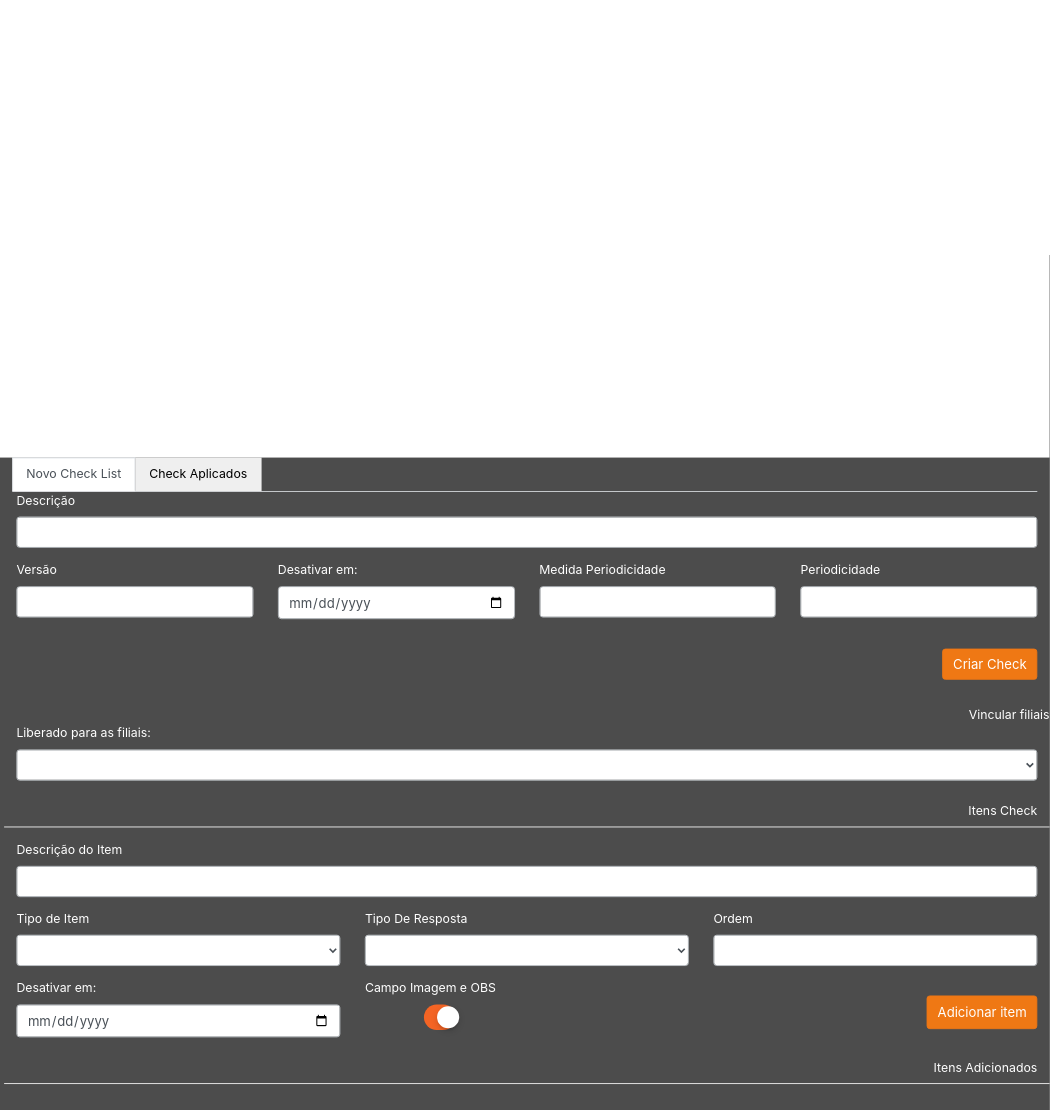
Repository: Conlog-SA/portal_operacional
Page: apps/safety_layout_checklist_app/templates/safety_layout_checklist_app/form_cad_layout_checklist.html
These files come from the project's save history. The page is drawn as it stood at one moment and after the next save; the edit follows.
The browser window is 1280 px wide. The pictures show the whole page, at 82% of full size.
The template is drawn by Django 3.2. The application's start-up code is not run. The template is opened directly, without the code that normally fills it, so the values that code supplies are empty.

Above is the page before, as saved 2023-11-17 08:59:59.

After the next save:
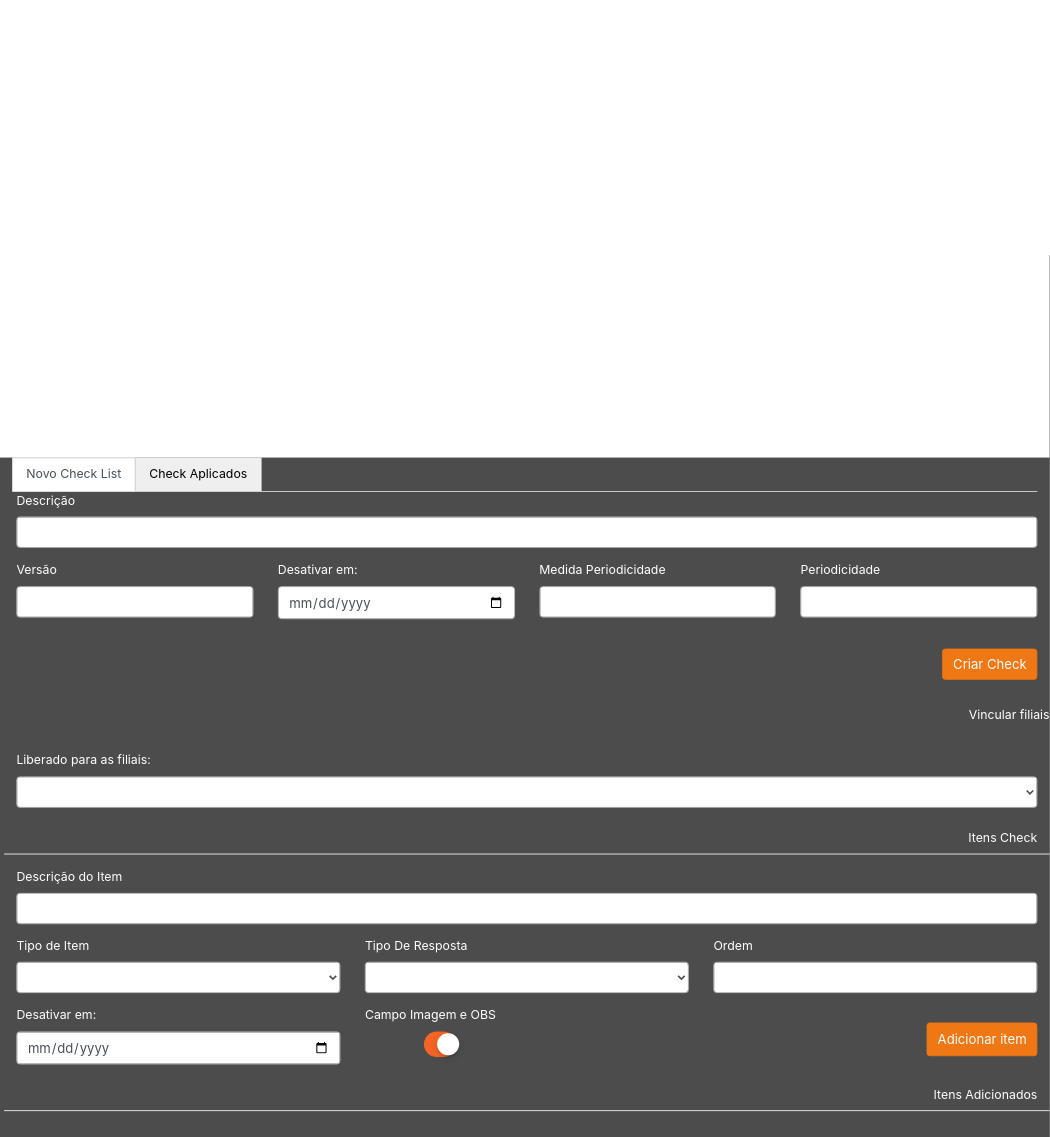
Saved 85 s later.
--- a/apps/safety_layout_checklist_app/templates/safety_layout_checklist_app/form_cad_layout_checklist.html
+++ b/apps/safety_layout_checklist_app/templates/safety_layout_checklist_app/form_cad_layout_checklist.html
@@ -70,6 +70,9 @@
                              </div>
                              <div class="d-flex justify-content-between align-items-between mt-3 w-100">
                                 <i class="fa-solid fa-code-compare"></i>Vincular filiais
+                             </div>
+                             <div class="d-flex justify-content-between align-items-between w-100">
+                              <hr class="hr_title">
                              </div>
                              <div class="form-group col-sm-12 d-flex align-items-start" style="margin-bottom:0px;">
                                  <label>Liberado para as filiais:</label>
